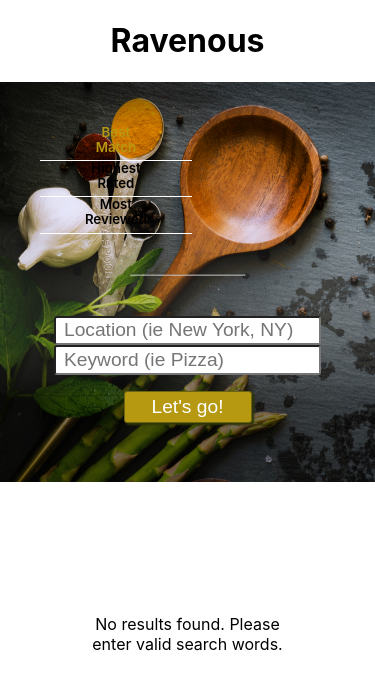
Repository: LolaSL/Ravenous
Page: /
These files come from the project's save history. The page is drawn as it stood at one moment and after the next save; the edit follows.
The browser window is 375 px wide. The pictures show the whole page.
The page's requests for data from a server got no answer. The project was rebuilt for these pictures with package versions that can differ from the ones it lists, and the page was loaded fresh each time. No one was signed in, and anything a server would have sent is missing. Also part of the build but not shown: src/Business/Business.js.

Above is the page before, as saved 2024-03-23 20:45:28.

After the next save:
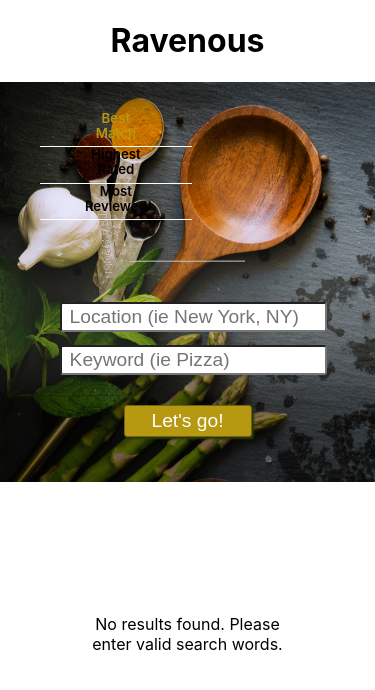
Saved 8 s later.
--- a/src/SearchBar/SearchBar.css
+++ b/src/SearchBar/SearchBar.css
@@ -84,11 +84,8 @@ hr {
     margin-right: 2rem;
   }
   .search-input {
-    margin: 0 0.7rem;
-    font-size: 1.2rem;
-    height: 1.2rem;
-    padding: 0.2rem 0.5rem;
-    border-radius: 3px;
+    margin-right: 0;
+    margin-bottom: 0.86rem;
   }
 
 }
